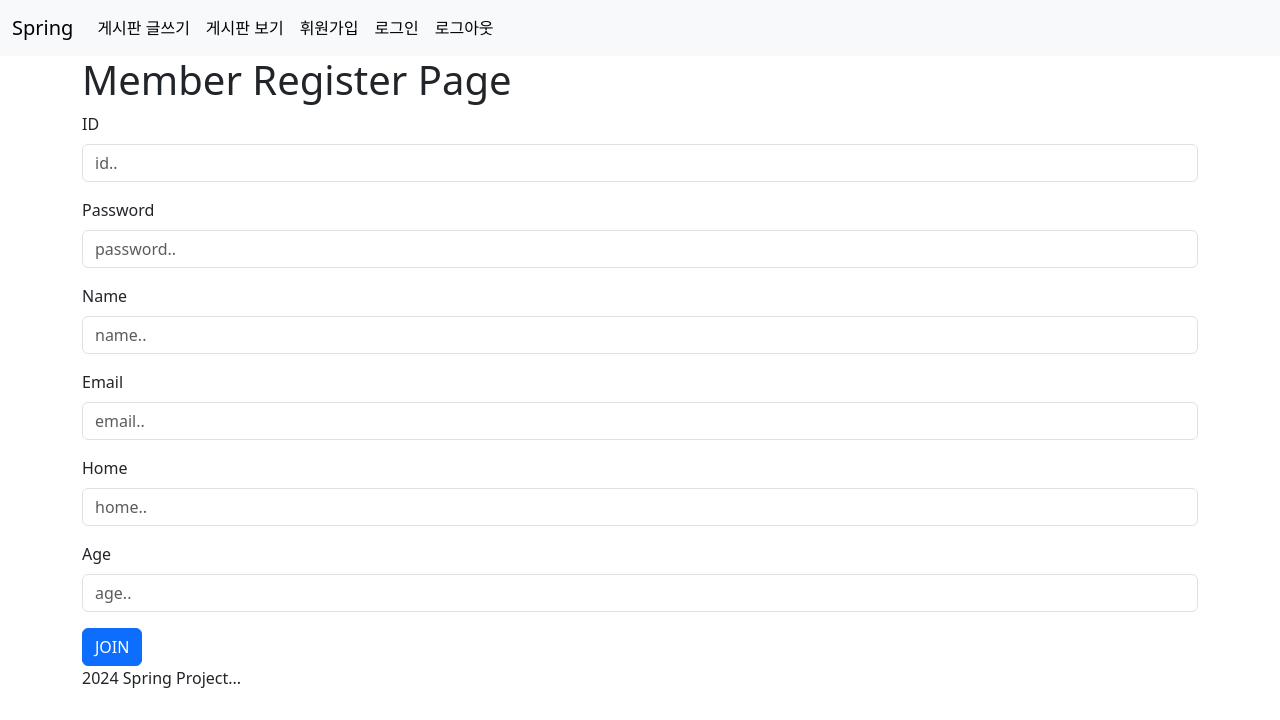
Repository: dlfhrrl12/springtest
Page: http://localhost/spring_study/WEB-INF/views/member/register.jsp
The author's editor kept a copy of each file at every save. The page is drawn from the files as they stood at one save, then again after the next save.
The browser window is 1280 px wide. The pictures show the whole page.
The page is served by Tomcat 9. Nobody is signed in. The template is opened directly, without the code that normally fills it, so the values that code supplies are empty.

Above is the page before, as saved 2024-04-25 05:56:48.

After the next save:
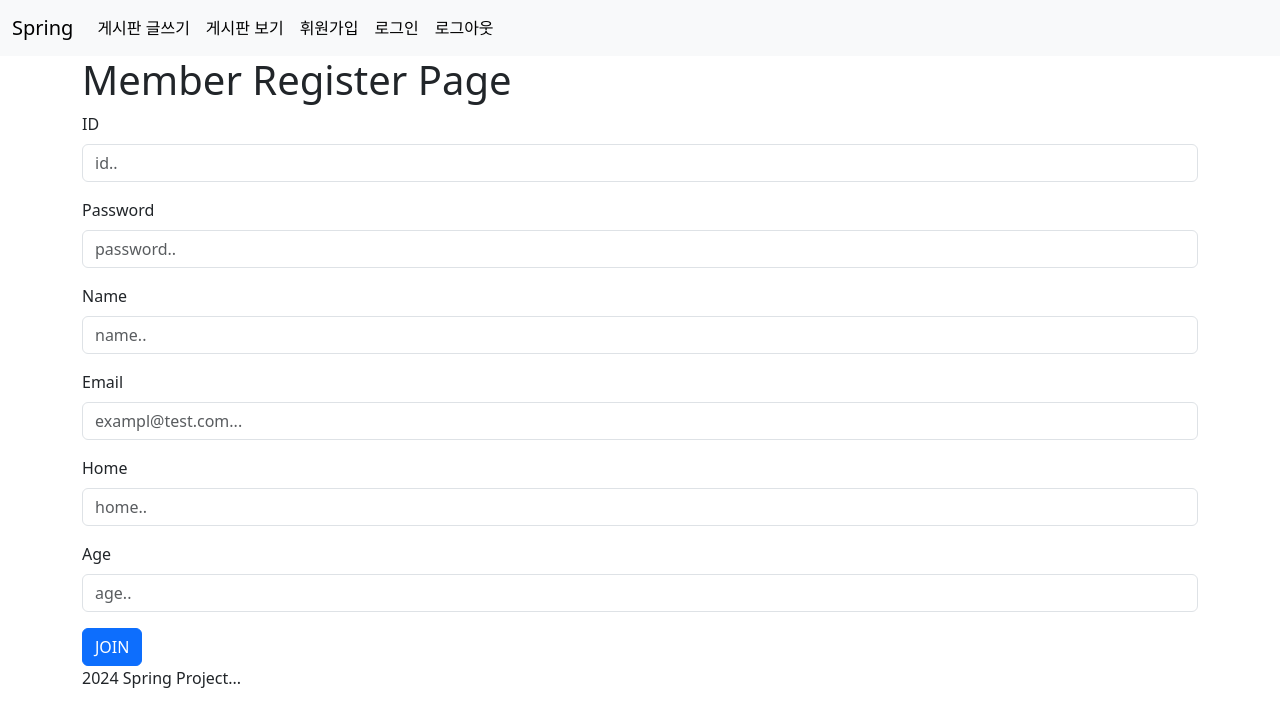
Saved 2 min 56 s later.
--- a/spring_study/src/main/webapp/WEB-INF/views/member/register.jsp
+++ b/spring_study/src/main/webapp/WEB-INF/views/member/register.jsp
@@ -18,7 +18,7 @@
 			</div>
 			<div class="mb-3">
 		  		<label for="e" class="form-label">Email</label>
-		  		<input type="text" class="form-control" name="email" id="e" placeholder="email..">
+		  		<input type="email" class="form-control" name="email" id="e" placeholder="exampl@test.com...">
 			</div>
 			<div class="mb-3">
 		  		<label for="h" class="form-label">Home</label>
